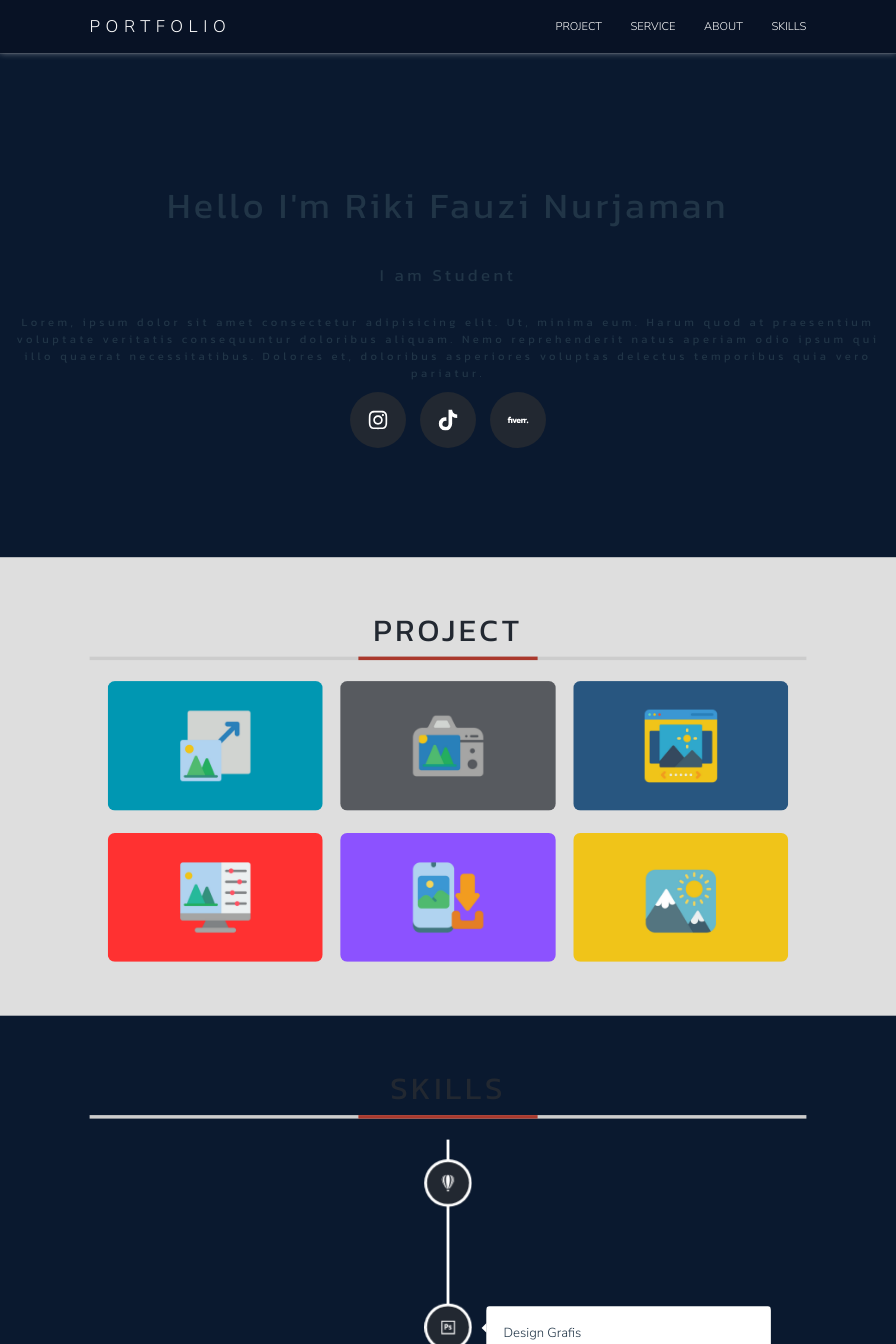
Repository: sellayspy/Portofolio
Page: /
An editor plug-in stored every save of this project. The page is shown before and after the next save, followed by the edit.
The browser window is 1280 px wide. The pictures show the part of the page from y = 0 to 1920 px (the page is 3848 px tall), at 70% of full size.
The project was rebuilt for these pictures with package versions that can differ from the ones it lists, and the page was loaded fresh each time. Also part of the build but not shown: vite.config.js, src/styles/DetailPortfolio.css, src/components/ScrollToTop.jsx, src/pages/DetailPortfolio.jsx, src/pages/PagesNotFound.jsx.

Above is the page before, as saved 2024-09-15 15:33:40.

### index.html
<!DOCTYPE html>
<html lang="en">
  <head>
    <meta charset="UTF-8" />
    <link rel="icon" type="image/svg+xml" href="/vite.svg" />
    <meta name="viewport" content="width=device-width, initial-scale=1.0" />
    <title>Portofolio RikiFN</title>
  </head>
  <body>
    <div id="root"></div>
    <script type="module" src="/src/main.jsx"></script>
  </body>
</html>

### src/App.jsx
import "./App.css";
import Home from "./pages/Home";
import DetailPortfolio from "./pages/DetailPortfolio";

import { BrowserRouter, Routes, Route } from "react-router-dom";
import PagesNotFound from "./pages/PagesNotFound";

const App = () => {
  return (
    <BrowserRouter>
      <Routes>
        <Route path="/" element={<Home />} />
        <Route path="/portfolio/:id" element={<DetailPortfolio />} />
        <Route path="/pages-not-found" element={<PagesNotFound />} />
        <Route path="*" element={<PagesNotFound />} />
      </Routes>
    </BrowserRouter>
  );
};

export default App;

### src/App.css
/* Global */
@import url("https://fonts.googleapis.com/css2?family=Nunito+Sans:opsz,wght@6..12,300&display=swap");
@import url("https://fonts.googleapis.com/css2?family=Kanit&display=swap");

html,
body {
  margin: 0px;
  padding: 0px;
  font-size: 16px;
  font-family: "Nunito Sans", sans-serif;
  scroll-behavior: smooth;
  background-color: #dedede;
}
.wrapper {
  width: 1024px;
  margin: auto;
  padding: 20px 0px 20px 0px;
}

section {
  padding: 50px 0px 50px 0px;
}

.wrapper > h3,
.wrapper > h1 {
  text-align: center;
  font-size: 2.8rem;
  margin: 0px 0px 30px 0px;
  padding: 0px;
  font-family: "Kanit", sans-serif;
  color: #222831;
  letter-spacing: 5px;
  text-transform: uppercase;
  border-bottom: 5px solid #cccccc;
}
.wrapper > h3::after,
.wrapper > h1::after {
  content: "";
  display: block;
  border-bottom: 5px solid #aa392d;
  width: 25%;
  position: relative;
  bottom: -5px; /* your padding + border-width */
  margin: auto;
}

@media only screen and (max-width: 1000px) {
  .wrapper {
    width: 80%;
  }
}

### src/pages/Home.jsx
import About from "../components/About";
import Experience from "../components/Experience";
import Footer from "../components/Footer";
import Header from "../components/Header";
import Navbar from "../components/Navbar";
import Portfolio from "../components/Portfolio";

function Home() {
  return (
    <>
      <Navbar />
      <Header />
      <Portfolio />
      <Experience />
      <About />
      <Footer />
    </>
  );
}

export default Home;

### src/components/About.jsx
import { FaHtml5 } from "react-icons/fa";
import { IoLogoJavascript } from "react-icons/io";
import { FaCss3 } from "react-icons/fa";
import { FaLaravel } from "react-icons/fa";
import { FaReact } from "react-icons/fa";
import { RiTailwindCssFill } from "react-icons/ri";
import { SiCoreldraw } from "react-icons/si";
import { SiAdobephotoshop } from "react-icons/si";
import "../styles/About.css";

const About = () => {
  return (
    <section id="about">
      <div className="wrapper">
        <h3>About</h3>
        <p>
          Lorem ipsum dolor sit amet consectetur adipisicing elit. Totam magni,
          dolorum, explicabo obcaecati ut impedit officiis quae non natus
          praesentium ex, excepturi asperiores laboriosam distinctio vitae
          cupiditate nulla debitis consectetur?
        </p>
        <p>
          Lorem ipsum dolor sit amet consectetur, adipisicing elit. Corporis,
          similique.
        </p>
        <p>Lorem ipsum dolor sit amet.</p>
        <h4>Programing Language & Tools</h4>
        <div className="skills">
          <FaHtml5 />
          <FaCss3 />
          <IoLogoJavascript />
          <RiTailwindCssFill />
          <FaLaravel />
          <FaReact />
          <SiCoreldraw />
          <SiAdobephotoshop />
        </div>
      </div>
    </section>
  );
};

export default About;

### src/components/Experience.jsx
import {
  VerticalTimeline,
  VerticalTimelineElement,
} from "react-vertical-timeline-component";
import "react-vertical-timeline-component/style.min.css";
import { SiNestjs } from "react-icons/si";
import { FaLaravel } from "react-icons/fa";
import { RiReactjsLine } from "react-icons/ri";
import { RiNextjsFill } from "react-icons/ri";
import { FaJava } from "react-icons/fa";
import { SiCoreldraw } from "react-icons/si";
import { DiPhotoshop } from "react-icons/di";
import "../styles/Experience.css";
const Experience = () => {
  return (
    <section id="experience">
      <div className="wrapper">
        <h3>Skills</h3>

        <VerticalTimeline>
          <VerticalTimelineElement
            className="vertical-timeline-element--work"
            iconStyle={{ background: "#222831", color: "#fff" }}
            icon={<SiCoreldraw />}
          >
            <h3 className="vertical-timeline-element-title">Design Grafis</h3>
            <h4 className="vertical-timeline-element-subtitle">
              2018 - Present
            </h4>
            <p>User Experience, Visual Design</p>
          </VerticalTimelineElement>
          <VerticalTimelineElement
            className="vertical-timeline-element--work"
            iconStyle={{ background: "#222831", color: "#fff" }}
            icon={<DiPhotoshop />}
          >
            <h3 className="vertical-timeline-element-title">Design Grafis</h3>
            <h4 className="vertical-timeline-element-subtitle">
              2018 - Present
            </h4>
            <p>User Experience, Visual Design</p>
          </VerticalTimelineElement>
          <VerticalTimelineElement
            className="vertical-timeline-element--work"
            iconStyle={{ background: "#222831", color: "#fff" }}
            icon={<RiReactjsLine />}
          >
            <h3 className="vertical-timeline-element-title">Web Development</h3>
            <h4 className="vertical-timeline-element-subtitle">
              2018 - Present
            </h4>
            <p>User Experience, Visual Design</p>
          </VerticalTimelineElement>
          <VerticalTimelineElement
            className="vertical-timeline-element--work"
            date="2024 - present"
            iconStyle={{ background: "#222831", color: "#fff" }}
            icon={<RiNextjsFill />}
          >
            <h3 className="vertical-timeline-element-title">Web Designer</h3>
            <h4 className="vertical-timeline-element-subtitle">
              Los Angeles, CA
            </h4>
            <p>User Experience, Visual Design</p>
          </VerticalTimelineElement>
          <VerticalTimelineElement
            className="vertical-timeline-element--work"
            date="2024 - present"
            iconStyle={{ background: "#222831", color: "#fff" }}
            icon={<FaJava />}
          >
            <h3 className="vertical-timeline-element-title">Web Designer</h3>
            <h4 className="vertical-timeline-element-subtitle">
              Los Angeles, CA
            </h4>
            <p>User Experience, Visual Design</p>
          </VerticalTimelineElement>
          <VerticalTimelineElement
            className="vertical-timeline-element--work"
            date="2024 - present"
            iconStyle={{ background: "#222831", color: "#fff" }}
            icon={<SiCoreldraw />}
          >
            <h3 className="vertical-timeline-element-title">Web Designer</h3>
            <h4 className="vertical-timeline-element-subtitle">
              Los Angeles, CA
            </h4>
            <p>User Experience, Visual Design</p>
          </VerticalTimelineElement>
          <VerticalTimelineElement
            className="vertical-timeline-element--work"
            date="2024 - present"
            iconStyle={{ background: "#222831", color: "#fff" }}
            icon={<DiPhotoshop />}
          >
            <h3 className="vertical-timeline-element-title">Web Designer</h3>
            <h4 className="vertical-timeline-element-subtitle">
              Los Angeles, CA
            </h4>
            <p>User Experience, Visual Design</p>
          </VerticalTimelineElement>
        </VerticalTimeline>
      </div>
    </section>
  );
};

export default Experience;

### src/components/Footer.jsx
import "../styles/Footer.css";

const Footer = () => {
  return <footer>&copy; 2024. Riki Fauzia Nurjaman</footer>;
};

export default Footer;

### src/components/Header.jsx
import profilePicture from "../assets/test.png";
import { FaInstagram } from "react-icons/fa";
import { FaTiktok } from "react-icons/fa";
import { SiFiverr } from "react-icons/si";
import "../styles/Header.css";
const Header = () => {
  return (
    <header>
      <div className="header-jumbotron">
        <h1>
          Hello I'm <span>Riki Fauzi Nurjaman</span>
        </h1>
        <h2>
          I am <span className="type-animation">Student</span>
        </h2>
        <p>
          Lorem, ipsum dolor sit amet consectetur adipisicing elit. Ut, minima
          eum. Harum quod at praesentium voluptate veritatis consequuntur
          doloribus aliquam. Nemo reprehenderit natus aperiam odio ipsum qui
          illo quaerat necessitatibus. Dolores et, doloribus asperiores voluptas
          delectus temporibus quia vero pariatur.
        </p>
        <div className="socialMedia">
          <a href="https://www.instagram.com/rikifauzianurjaman/">
            <FaInstagram />
          </a>
          <a href="https://www.tiktok.com/@officialspylike">
            <FaTiktok />
          </a>
          <a href="https://www.fiverr.com/rikifauzianurja">
            <SiFiverr />
          </a>
        </div>
      </div>
    </header>
  );
};

export default Header;

### src/components/Navbar.jsx
import { FaBars } from "react-icons/fa6";
import { IoClose } from "react-icons/io5";
import "../styles/Navbar.css";
import { useState } from "react";
import { HashLink } from "react-router-hash-link";
import { Link } from "react-router-dom";

const Navbar = () => {
  const [statusTampil, setStatusTampil] = useState("");

  const tampilMenu = () => {
    if (statusTampil == "") {
      setStatusTampil("tampil");
    } else {
      setStatusTampil("");
    }
  };
  return (
    <nav>
      <div className="wrapper">
        <div className="logo">
          <Link to="/">Portfolio</Link>
        </div>
        <button onClick={tampilMenu}>
          {statusTampil == "" ? <FaBars /> : <IoClose />}
        </button>
        <div className={`menu ${statusTampil}`} onClick={tampilMenu}>
          <ul>
            <li>
              <HashLink to="/#portfolio">Project</HashLink>
            </li>
            <li>
              <HashLink to="/#contact">Service</HashLink>
            </li>
            <li>
              <HashLink to="/#about">About</HashLink>
            </li>
            <li>
              <HashLink to="/#experience">Skills</HashLink>
            </li>
          </ul>
        </div>
      </div>
    </nav>
  );
};

export default Navbar;

### src/components/Portfolio.jsx
import { portfolioList } from "../data/DataPortfolio";

import { Link } from "react-router-dom";

import "../styles/Portfolio.css";

const Portfolio = () => {
  return (
    <section id="portfolio">
      <div className="wrapper">
        <h3>Project</h3>
        <div className="grid">
          {portfolioList.map((item) => {
            return (
              <div className="item" key={item.id}>
                <Link to={`/portfolio/${item.id}`}>
                  <img src={item.image} />
                </Link>
              </div>
            );
          })}
        </div>
      </div>
    </section>
  );
};

export default Portfolio;

### src/data/DataPortfolio.jsx
import portfolio1 from "../assets/portfolio1.png";
import portfolio2 from "../assets/portfolio2.png";
import portfolio3 from "../assets/portfolio3.png";
import portfolio4 from "../assets/portfolio4.png";
import portfolio5 from "../assets/portfolio5.png";
import portfolio6 from "../assets/portfolio6.png";

export const portfolioList = [
  {
    id: "1",
    title: "Website Portofolio",
    image: portfolio1,
    skill: "html, css, javascript",
  },
  {
    id: "2",
    title: "Website Portofolio2",
    image: portfolio2,
    skill: "laravel, react, api, typescript, tailwind",
  },
  {
    id: "3",
    title: "Website Portofolio3",
    image: portfolio3,
    skill: "react, javascript, css, html",
  },
  {
    id: "4",
    title: "Website Portofolio4",
    image: portfolio4,
    skill: "reactjs, typescript, tailwind, nodejs",
  },
  {
    id: "5",
    title: "Desain Grafis Portofolio",
    image: portfolio5,
    skill: "adobephotoshop, coreldraw",
  },
  {
    id: "6",
    title: "Desain Grafis Portofolio2",
    image: portfolio6,
    skill: "adobephotoshop, coreldraw",
  },
];

### src/styles/About.css
#about {
  background-color: #eaedef;
  position: relative;
  font-size: 1.2rem;
}
#about > .wrapper {
  margin: auto;
  width: 50%;
}
#about > .wrapper > h3 {
  text-align: center;
  font-size: 2.8rem;
  margin: 0px 0px 30px 0px;
  padding: 0px;
  font-family: "Kanit", sans-serif;
  color: #333;
  letter-spacing: 5px;
  text-transform: uppercase;
}
#about > .wrapper > p {
  text-align: center;
}

#about > .wrapper > h4 {
  text-align: center;
  font-size: 1.4rem;
  margin: 0px 0px 20px 0px;
  padding: 0px;
  font-family: "Kanit", sans-serif;
  letter-spacing: 5px;
  color: #333;
}
.skills {
  text-align: center;
}
.skills > svg {
  display: inline-block;
  color: #74797e;
  width: 50px;
  height: auto;
  margin: 10px;
  cursor: pointer;
}

.skills > svg:hover {
  color: #aa392d;
}

@media only screen and (max-width: 1000px) {
  #about > .wrapper {
    width: 80%;
  }
}

### src/styles/Experience.css
#experience {
  background-color: #0a192f;
  position: relative;
}

### src/styles/Footer.css
footer {
  background-color: #39404a;
  text-align: center;
  line-height: 100px;
  color: #fff;
  letter-spacing: 5px;
}

### src/styles/Header.css
header {
  background-color: #0a192f;
  height: 100vh;
  background-position: center center;
  font-family: "Kanit", sans-serif;
  letter-spacing: 5px;
}

.header-jumbotron {
  top: 0;
  left: 0;
  display: flex;
  width: 100%;
  height: 100%;
  justify-content: center;
  align-items: center;
  flex-direction: column;
  text-align: center;
}
.header-jumbotron > img {
  width: 280px;
  border: 5px solid skyblue;
  border-radius: 100%;
  box-shadow: 0px 0px 20px rgba(255, 255, 255, 0.5);
}

.header-jumbotron > .header-text > .animated-tex {
  color: #fff;
  margin: 20px 0px 0px 0px;
  padding: 0px;
  font-size: 2.5rem;
}

.animated-tex span {
  position: relative;
}

.animated-tex span::before {
  content: "Student";
  background: linear-gradient(270deg, #df8908 10%, #b415ff 100%);
  background-clip: text;
  -webkit-background-clip: text;
  -webkit-text-fill-color: transparent;
  animation: words 20s infinite;
}

.animated-tex span::after {
  content: "";
  position: absolute;
  width: calc(100% + 8px);
  height: 100%;
  background-color: #0a192f;
  border-left: 2px solid #e03fd8;
  right: -2px;
  animation: cursor 0.8s infinite, typing 20s steps(14) infinite;
}
@keyframes cursor {
  to {
    border-left: 2px solid #fff;
  }
}
@keyframes words {
  0%,
  34% {
    content: "Programmer";
  }
  25%,
  68% {
    content: "Designer";
  }
  69%,
  100% {
    content: "Gamer";
  }
}
@keyframes typing {
  10%,
  15%,
  30%,
  35%,
  50%,
  55%,
  70%,
  75%,
  90%,
  95% {
    width: 0;
  }
  5%,
  20%,
  25%,
  40%,
  45%,
  60%,
  65%,
  80%,
  85% {
    width: calc(100% + 8px);
  }
}

.header-jumbotron > .header-text > h3 {
  position: relative;
  color: #0e3742; /* Warna awal sebelum animasi */
  margin: 10px 0px 0px 0px;
  padding: 0px;
  font-size: 3.5rem;
  text-transform: uppercase;
  line-height: 0.7em;
  outline: none;
  animation: animate 5s linear forwards; /* Menggunakan forwards agar berhenti di akhir */
}

@keyframes animate {
  0% {
    color: #0e3742; /* Warna teks awal */
    text-shadow: none; /* Tidak ada bayangan teks di awal */
  }
  100% {
    color: #fff; /* Warna teks saat menyala */
    text-shadow: 0 0 10px #03bcf4, 0 0 20px #03bcf4, 0 0 40px #03bcf4,
      0 0 80px #03bcf4, 0 0 160px #03bcf4; /* Efek cahaya di akhir animasi */
  }
}

.header-jumbotron > .header-text > p {
  padding: 15px;
  margin: 0px 5px 20px 5px;
  color: #fff;
  font-size: 1.2rem;
}
.socialMedia {
  color: #fff;
  display: flex;
  gap: 20px;
}

.socialMedia > a {
  background-color: #222831;
  color: #fff;
  width: 80px;
  height: 80px;
  border-radius: 50%;
  display: flex;
  justify-content: center;
  align-items: center;
  transition: transform 0.3s ease-in-out;
}
.socialMedia > a > svg {
  height: 30px;
  width: auto;
}
.socialMedia > a:hover {
  background-color: #aa392d;
  box-shadow: 0px 0px 10px rgba(255, 255, 255, 0.5);
  transform: scale(1.2);
}

@media only screen and (max-width: 1000px) {
  .socialMedia > a {
    width: 60px;
    height: 60px;
  }

  .socialMedia > a > svg {
    height: 30px;
    width: auto;
  }
}

### src/styles/Navbar.css
nav {
  background-color: #081225;
  color: #fff;
  position: sticky;
  top: 0;
  z-index: 100;
  text-transform: uppercase;
  box-shadow: 0px 0px 10px rgba(255, 255, 255, 0.5);
}
nav > .wrapper {
  display: flex;
  justify-content: space-between;
  align-items: center;
}

.menu {
  width: 35%;
}

.logo {
  display: flex;
  align-items: center;
}
.logo > a {
  color: #fff;
  text-decoration: none;
  font-size: 1.5rem;
  font-weight: 900;
  letter-spacing: 8px;
}
.menu > ul {
  display: flex;
  list-style-type: none;
  margin: 0px;
  padding: 0px;
  justify-content: space-between;
  font-weight: bold;
}

.menu > ul > li > a {
  position: relative;
  text-decoration: none;
  color: #fff;
}

.menu > ul > li > a::before {
  content: "";
  position: absolute;
  top: 100%;
  left: 0;
  width: 0;
  height: 2px;
  background: yellow;
  transition: 0.3s;
}

.menu > ul > li > a:hover::before {
  width: 100%;
}

nav > .wrapper > button {
  cursor: pointer;
  display: none;
  position: absolute;
  right: 10px;
  top: 10px;
  border: 0px;
  background-color: transparent;
  padding: 0px;
}
nav > .wrapper > button > svg {
  color: #fff;
  font-size: 50px;
}
@media only screen and (max-width: 1000px) {
  .menu > ul {
    display: none;
  }
  .menu.tampil > ul {
    display: inline;
  }
  .menu {
    text-align: right;
  }
  nav > .wrapper > button {
    display: inline;
  }
  .menu > ul {
    flex-direction: column;
    background-color: #060d1c;
    width: 100%;
    position: fixed;
    top: 70px;
    left: 0;
  }
  .menu > ul > li {
    text-align: left;
    cursor: pointer;
  }
  .menu > ul > li > a {
    display: inline-block;
    padding: 15px 20px 15px 50px;
    width: 100%;
  }
  .menu > ul > li > a:hover {
    background-color: #000;
  }
}

### src/styles/Portfolio.css
.grid {
  display: grid;
  grid-template-columns: 30% 30% 30%;
  grid-gap: 25px;
  justify-content: center;
}

.grid > .item > a > img {
  width: 100%;
  border-radius: 10px;
}

@media only screen and (max-width: 1000px) {
  .grid {
    grid-template-columns: 45% 45%;
  }
}

Loaded but not shown: src/main.jsx (common file); src/index.css (common file)

After the next save:
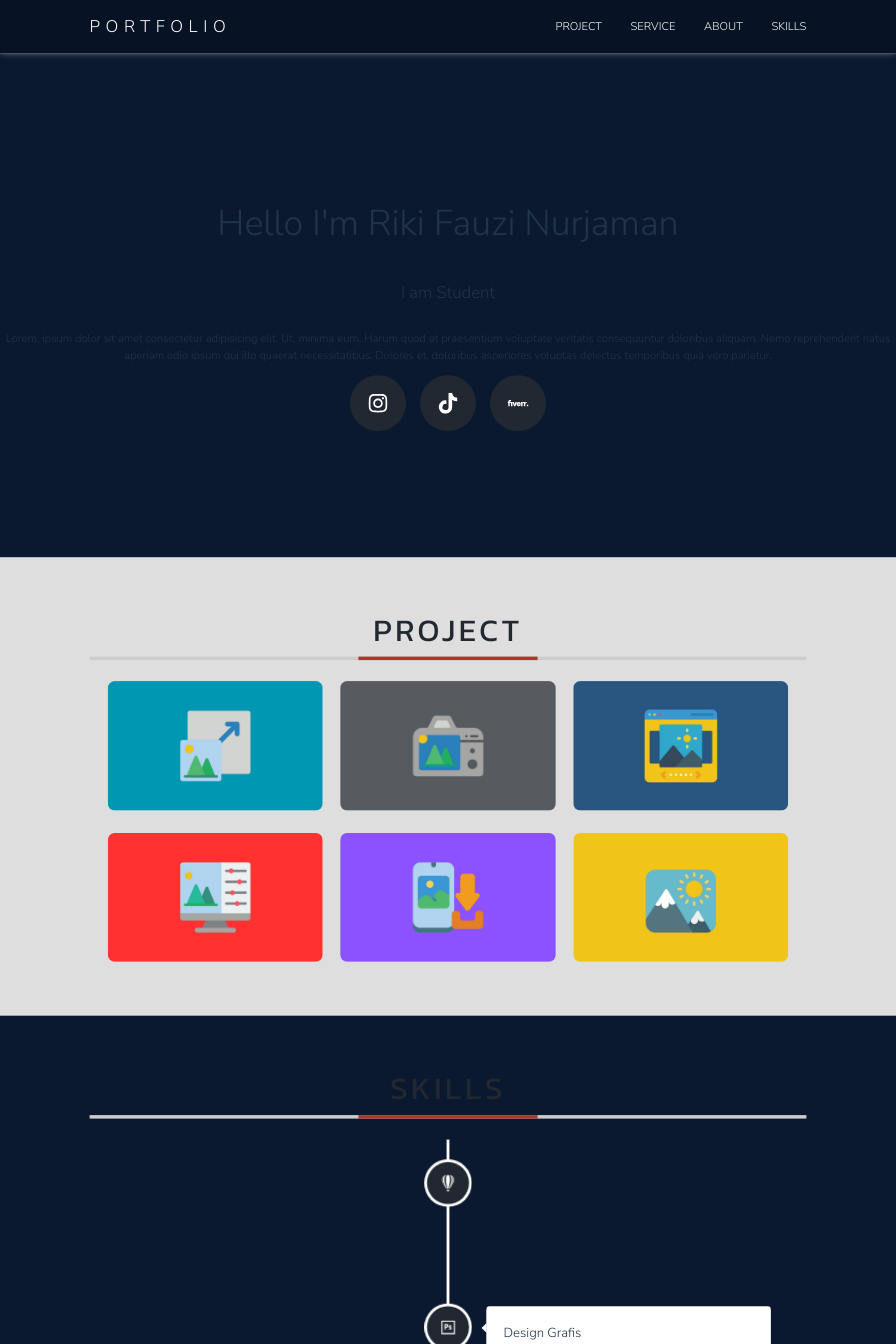
Saved 10 s later.
--- a/src/styles/Header.css
+++ b/src/styles/Header.css
@@ -2,8 +2,6 @@ header {
   background-color: #0a192f;
   height: 100vh;
   background-position: center center;
-  font-family: "Kanit", sans-serif;
-  letter-spacing: 5px;
 }
 
 .header-jumbotron {
